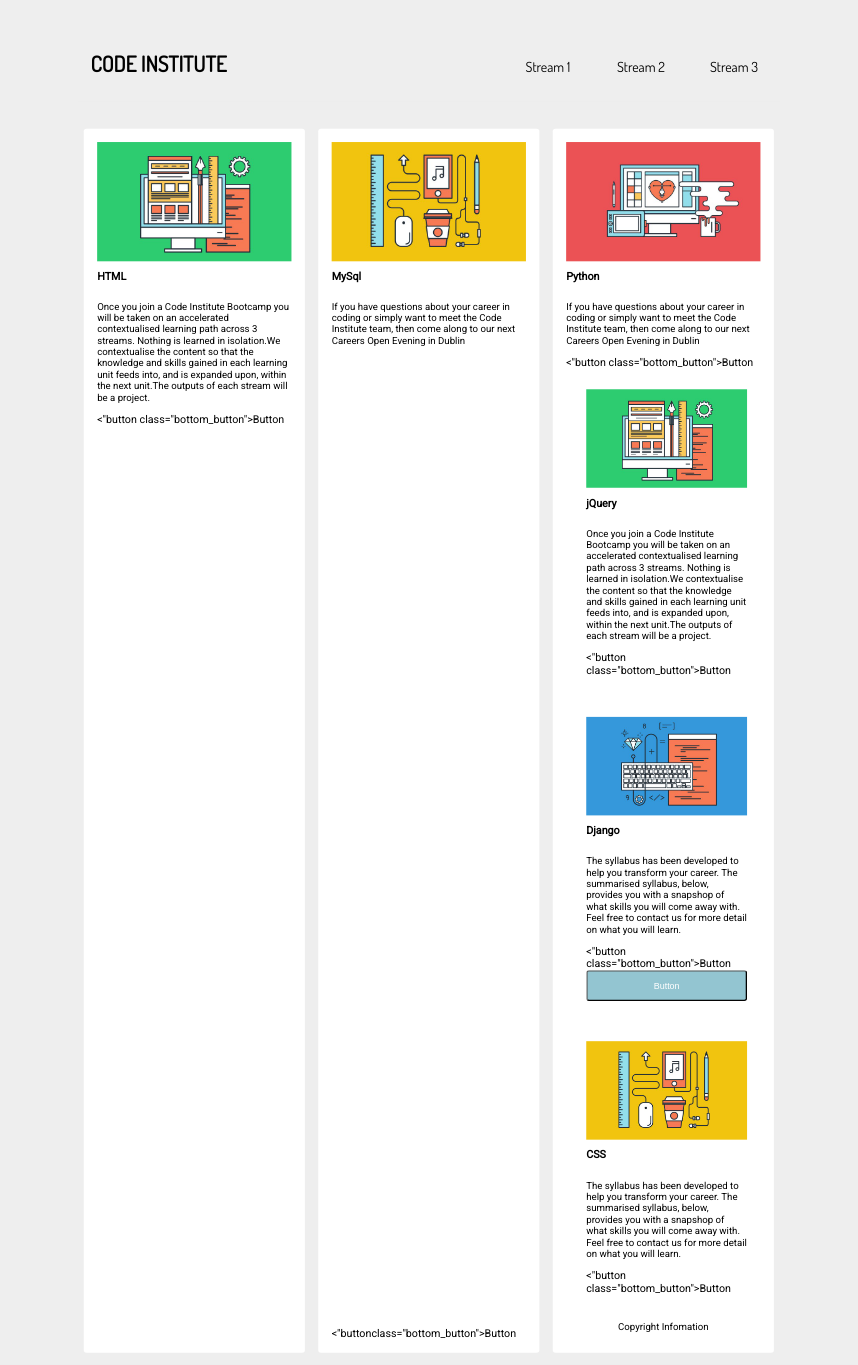
Repository: SOliv1/jquery-events
Page: index.html
The author's editor kept a record of every edit. The page is drawn from the files as they stood at one moment, then again after the next edit.
The browser window is 1280 px wide. The pictures show the whole page, at 67% of full size.
Some web libraries are served in a nearby version.

Above is the page before.

### index.html
<!DOCTYPE html>
<html lang="en">
<head>
    <meta charset="UTF-8">
    <meta name="viewport" content="width=device-width, initial-scale=1">
    <title>jQuery</title>
    <link href="style.css" rel="stylesheet">
    <link href='https://fonts.googleapis.com/css?family=Roboto' rel='stylesheet' type='text/css'>
    <link href='https://fonts.googleapis.com/css?family=Dosis' rel='stylesheet' type='text/css'>
    </head>
<body>
    <div id="container">
        <nav>
            <ul>
                <li id="logoNav">CODE INSTITUTE</li>
                <li id="stream1_btn">Stream 1</li>
                <li id="stream2_btn">Stream 2</li>
                <li id="stream3_btn">Stream 3</li>
            </ul>
        </nav>
        <div class="card stream1">
            <img class="card_image" src="img/3.png" alt="coding icon">
            <div class="card_bottom">
                <h2 class="card_head">HTML</h2>
                <p class="card_para">Once you join a Code Institute Bootcamp you will be taken on an accelerated contextualised learning path across 3 streams. Nothing is learned in isolation.We contextualise the content so that the knowledge and skills gained in each learning
                    unit feeds into, and is expanded upon, within the next unit.The outputs of each stream will be a project. </p>
                <"button class="bottom_button">Button</>
            </div>
        </div>
        <div class="card stream3">
            <img class="card_image" src="img/1.png" alt="coding icon">
            <h2 class="card_head">MySql</h2>
            <p class="card_para">If you have questions about your career in coding or simply want to meet the Code Institute team, then come along to our next Careers Open Evening in Dublin</p>
            <"buttonclass="bottom_button">Button</>
            </div>
        <div class="card stream2">
            <img class="card_image" src="img/2.png" alt="coding icon">
            <h2 class="card_head">Python</h2>
            <p class="card_para">If you have questions about your career in coding or simply want to meet the Code Institute team, then come along to our next Careers Open Evening in Dublin</p>
            <"button class="bottom_button">Button</>
        <div class="card stream1">
            <img class="card_image" src="img/3.png" alt="coding icon">
            <div class="card_bottom">
                <h2 class="card_head">jQuery</h2>
                <p class="card_para">Once you join a Code Institute Bootcamp you will be taken on an accelerated contextualised learning path across 3 streams. Nothing is learned in isolation.We contextualise the content so that the knowledge and skills gained in each learning
                    unit feeds into, and is expanded upon, within the next unit.The outputs of each stream will be a project. </p>
                <"button class="bottom_button">Button</>
            </div>
        </div>
        <div class="card stream3">
            <img class="card_image" src="img/4.png" alt="coding icon">
            <h2 class="card_head">Django</h2>
            <p class="card_para">The syllabus has been developed to help you transform your career. The summarised syllabus, below, provides you with a snapshop of what skills you will come away with. Feel free to contact us for more detail on what you will learn.</p>
            <"button class="bottom_button">Button</>
            <button class="bottom_button" id="button_effects1">Button</button>
        </div>
        <div class="card stream1">
            <img class="card_image" src="img/1.png" alt="coding icon">
            <h2 class="card_head">CSS</h2>
            <p class="card_para">The syllabus has been developed to help you transform your career. The summarised syllabus, below, provides you with a snapshop of what skills you will come away with. Feel free to contact us for more detail on what you will learn.</p>
            <"button class="bottom_button">Button</>
        </div>
        <div id="my_footer">
            <p id="copyright">Copyright Infomation</p>
        </div>
    </div>
    <script src="https://code.jquery.com/jquery-3.2.1.js" integrity="sha256-DZAnKJ/6XZ9si04Hgrsxu/8s717jcIzLy3oi35EouyE=" crossorigin="anonymous"></script>
    <script src="script.js"></script>
    <!-- Scripts located at the bottom of the body to insure page is fully loaded before execution -->
</body>
</html>

### style.css
body {
	font-family: 'Roboto', sans-serif;
	/*background-image: url(img/code-institute.jpg);
 	background-size: cover;
 	color: #ffffff;*/
 	background-color: #eee;

}

h1{
	font-size: 3em;
	text-align: center;
}

h2 {
	font-size: 1em;
	text-align: left;

}



p {
	font-size: .9rem;
}



div {
	border-radius: 4px;
}

.card_image {
	width: 100%;

}

.bottom_button {
	display: flex;
	box-sizing:border-box;
	border-radius: 4px;
	display: block;
	width: 100%;
	background-color:rgba(129, 187, 201,.85);
	text-align: center;
	padding: 1em .75em;
	text-decoration: none;
	color: #fff;

}

.card_bottom {
	display: flex;
	flex-flow:column;
}

.card_head {
	flex:0;
}



.card_para {

	flex:1 0 auto;

}

#container {
	display: flex;		/* makes container a flexbox*/
	flex-flow: row wrap; 	/* layout the boxes in rows and wrap them*/
	box-sizing:border-box;
	margin-right:auto;
	margin-left:auto;
	max-width:1050px;
}

#logo {
	width: 800px;
	margin: auto;
}



.card {

	flex:1; /* */

	display: flex;	/* make the contents controllable by flexbox*/
	flex-flow:column;	/* */
	min-width: 240px; /**/
	margin: 10px;
	padding: 20px;
	background-color: #fff;
}

.highlight_stream {
	background-color: #EB5255;
}

#my_footer {
	width:100%;
	text-align: center;
}



#copyright {
	margin-top:10px;
	margin-bottom:10px;

}

/*************************

Navigation

**************************/

nav {

	font-family: roboto;
	background-color: #eee;
	margin: 30px auto;
	width: 100%;
}

ul {

	display: flex;

	justify-content:space-between;

	flex-flow: row;

	/*flex-flow: row-reverse;*/
	/*justify-content:flex-end;*/
	/*justify-content:space-around;*/
	/*align-items:flex-start;*/
	align-items:baseline;
	border-radius: 10px;
	list-style-type: none; /*Remove Bullets*/
	padding: 0;

}

li {
	flex:1;
	height: 30px;
	/*width:10%;*/
	/*border:2px solid #000;*/
	/*background-color: #81BBC9;*/
	/*border-radius: 10px;*/
	font-family: Dosis;
	padding:20px 20px 20px 20px;
	text-align: center;
	font-size: 1.3em;
}

#logoNav {
	flex:6;
	text-align: left;
	font-size: 2em;
	font-weight: bold;
}

.underline {
    text-decoration:underline;

}



.border {

    border: solid 5px #ccc;

}

@media screen and (max-width: 700px) {
	ul {
		flex-flow: column;
		align-items:center;
    }
	li {
		font-size: 2em;
	}

}

### script.js
$(document).ready(function() {
    -$("#stream1_btn").on("click", function() {
        $(".stream1").show();
        $(".stream1").show(1000);
        $("#button_effects1").click(function(){
        $('#button_effects1').hide('slow');
    });
 });

   $("#stream2_btn").on("click", function() {
        $(".stream1").removeClass('highlight_stream');
        $(".stream2").removeClass('highlight_stream');
        $(".stream3").removeClass('highlight_stream');
        $(".stream2").addClass('highlight_stream');
   });

    $("#stream3_btn").on("click", function() {
        $(".stream1").removeClass('highlight_stream');
        $(".stream2").removeClass('highlight_stream');
        $(".stream3").removeClass('highlight_stream');
        $(".stream3").addClass('highlight_stream');
    });
});

    $(document).ready(function() {
    $("#button_effects1").click(function(){
        $('#par1').toggle('1000');
    });
    $("#button_effects2").click(function(){
        $('#par2').toggle('1000');
    });
    $("#button_effects3").click(function(){
        $('#par3').toggle('1000');
    });
    $("#button_effects4").click(function(){
        $('#par4').toggle('1000');
    });
    $("#button_effects5").click(function(){
        $('#par5').toggle('1000');
    });
    $("#button_effects6").click(function(){
        $('#par6').toggle('1000');
    });
});

    $(document).ready(function() {
    // Create the slideToggle effects each of the paragraphs and
    // buttons
    $("#button_effects1").click(function(){
        $('#par1').slideToggle('1000');
    });
    $("#button_effects2").click(function(){
        $('#par2').slideToggle('1000');
    });
    $("#button_effects3").click(function(){
        $('#par3').slideToggle('1000');
    });
    $("#button_effects4").click(function(){
        $('#par4').slideToggle('1000');
    });
    $("#button_effects5").click(function(){
        $('#par5').slideToggle('1000');
    });
    $("#button_effects6").click(function(){
        $('#par6').slideToggle('1000');
    });
});

// Use the fadeTo effect when the mouse hovers over a specific button
    // and fadeTo again when the mouse is no longer hovering over the button

    $("#button_effects1").mouseenter(function(){
        $('#button_effects1').fadeTo(1000, 0.5);
    });
    $("#button_effects1").mouseleave(function(){
        $('#button_effects1').fadeTo(1000, 1);
    });
    $("#button_effects2").mouseenter(function(){
        $('#button_effects2').fadeTo(1000, 0.5);
    });
    $("#button_effects2").mouseleave(function(){
        $('#button_effects2').fadeTo(1000, 1);
    });
    $("#button_effects3").mouseenter(function(){
        $('#button_effects3').fadeTo(1000, 0.5);
    });
    $("#button_effects3").mouseleave(function(){
        $('#button_effects3').fadeTo(1000, 1);
    });
    $("#button_effects4").mouseenter(function(){
        $('#button_effects4').fadeTo(1000, 0.5);
    });
    $("#button_effects4").mouseleave(function(){
        $('#button_effects4').fadeTo(1000, 1);
    });
    $("#button_effects5").mouseenter(function(){
        $('#button_effects5').fadeTo(1000, 0.5);
    });
    $("#button_effects5").mouseleave(function(){
        $('#button_effects5').fadeTo(1000, 1);
    });
    $("#button_effects6").mouseenter(function(){
        $('#button_effects6').fadeTo(1000, 0.5);
    });
    $("#button_effects6").mouseleave(function(){
        $('#button_effects6').fadeTo(1000, 1);
    });
//waits until page is loaded first

    $(document).ready(function(){
    //applies colour red to paragraphs when clicked on
    $("p").click(function(){
        $("p").addClass("highlight_text");
    });
});

//will add lightblue to h2 elements

    $("h2").hover(function(){
        $("h2").addClass( "h2_color");
    });

    /*
    this will apply larger font size to the active h2 element
    by adding the h2_font_size class but
    not the other h2 elements by removing class h2_font_size from them
    */

    $("#hr_html").hover(function(){
        $("#hr_mysql").removeClass("h2_font_size");
        $("#hr_python").removeClass("h2_font_size");
        $("#hr_jquery").removeClass("h2_font_size");
        $("#hr_django").removeClass("h2_font_size");
        $("#hr_css").removeClass("h2_font_size");
        $("#hr_mysql").removeClass("h2_font_size");
        $("#hr_html").addClass("h2_font_size");
    });

    $("#hr_css").hover(function(){
        $("#hr_mysql").removeClass("h2_font_size");
        $("#hr_python").removeClass("h2_font_size");
        $("#hr_jquery").removeClass("h2_font_size");
        $("#hr_django").removeClass("h2_font_size");
        $("#hr_html").removeClass("h2_font_size");
        $("#hr_css").addClass("h2_font_size");
    });


    //applies colour black to body background when mouse enters over buttons


    $(".bottom_button").mouseenter(function(){
        $("body").css( "background-color", "black");
    });

    //applies colour grey to body background when mouse leaves buttons

    $(".bottom_button").mouseleave(function(){
        $("body").css( "background-color", "#eee");
    });

After the next edit:
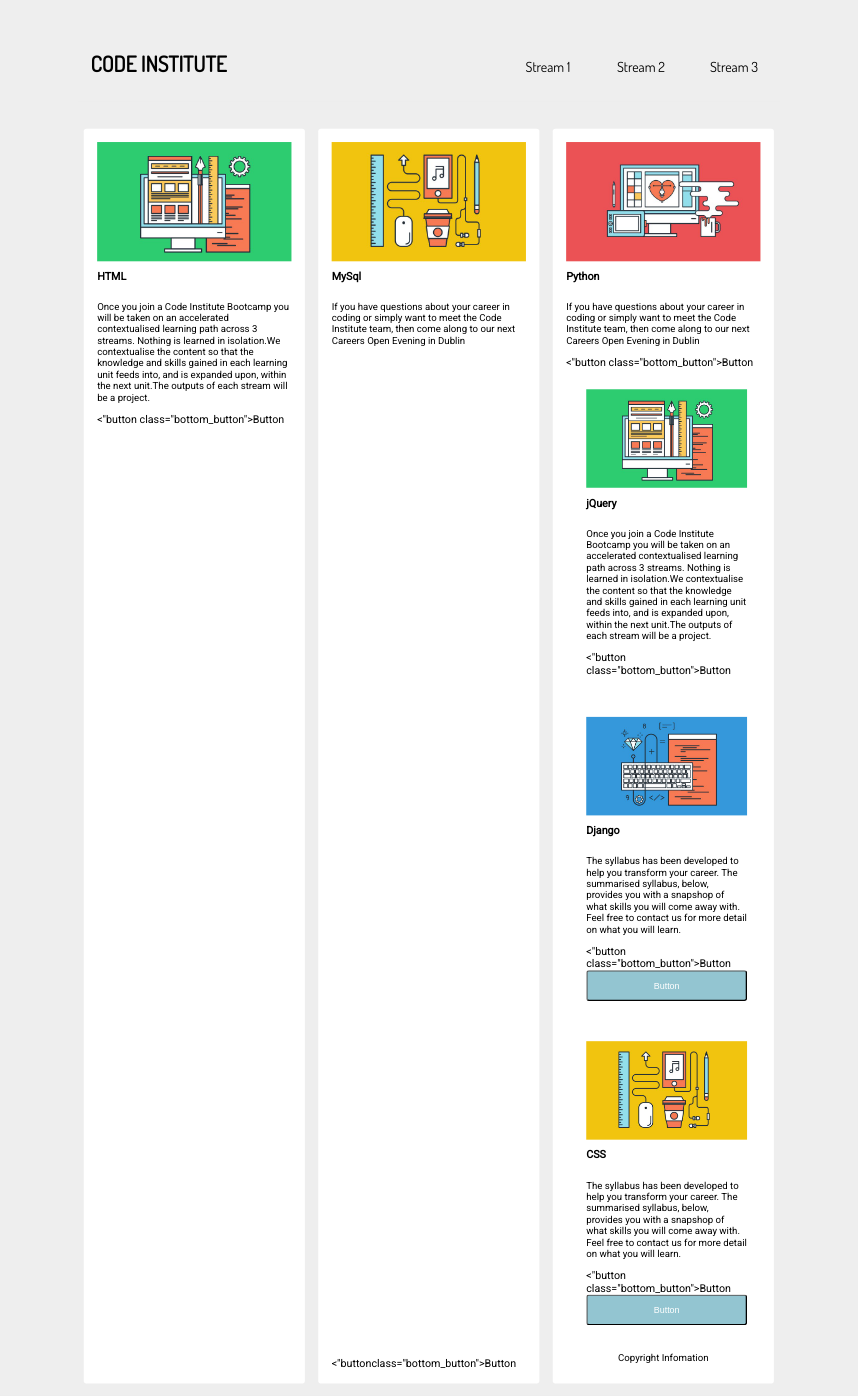
The edit:
--- a/index.html
+++ b/index.html
@@ -59,6 +59,7 @@
             <h2 class="card_head">CSS</h2>
             <p class="card_para">The syllabus has been developed to help you transform your career. The summarised syllabus, below, provides you with a snapshop of what skills you will come away with. Feel free to contact us for more detail on what you will learn.</p>
             <"button class="bottom_button">Button</>
+             <button class="bottom_button" id="button_effects1">Button</button>
         </div>
         <div id="my_footer">
             <p id="copyright">Copyright Infomation</p>
